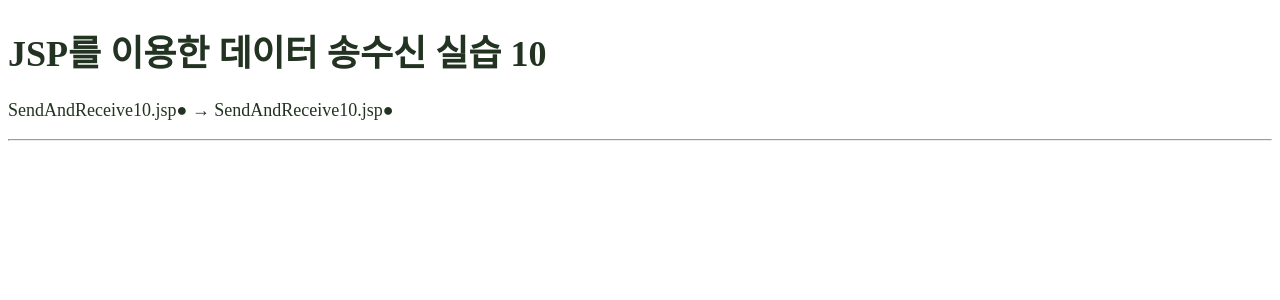
Repository: god5228god/Jsp
Page: http://localhost/WebApp06/SendAndReceive10.jsp
The author's editor kept a copy of each file at every save. The page is drawn from the files as they stood at one save, then again after the next save.
The browser window is 1280 px wide. The pictures show the whole page.
The page is served by Tomcat 9.

Above is the page before, as saved 2026-03-04 00:06:04.

After the next save:
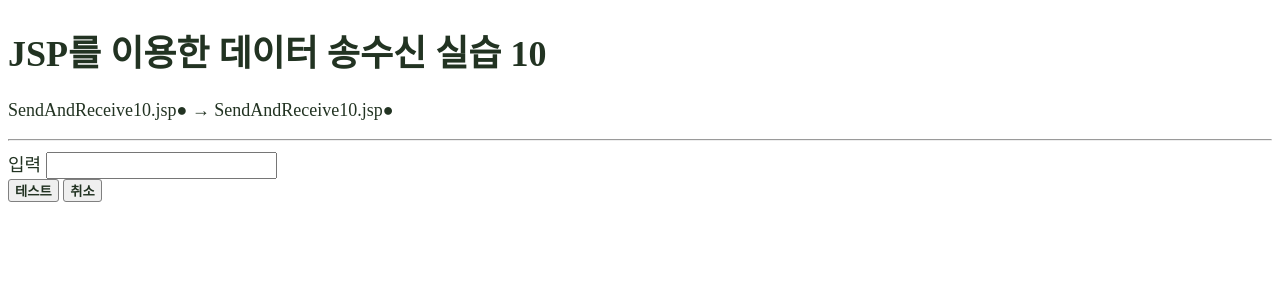
Saved 92 s later.
--- a/WebApp06/WebContent/SendAndReceive10.jsp
+++ b/WebApp06/WebContent/SendAndReceive10.jsp
@@ -12,5 +12,15 @@
 	<p>SendAndReceive10.jsp● → SendAndReceive10.jsp●</p>
 	<hr />
 </div>
+<div>
+	<form action="">
+		입력 <input type="text" id="userInput" name="userInput" class="txt"/>
+		<br>
+
+		<button type="submit" class="btn control">테스트</button>
+		<button type="resets" class="btn control">취소</button>
+
+	</form>
+</div>
 </body>
 </html>
